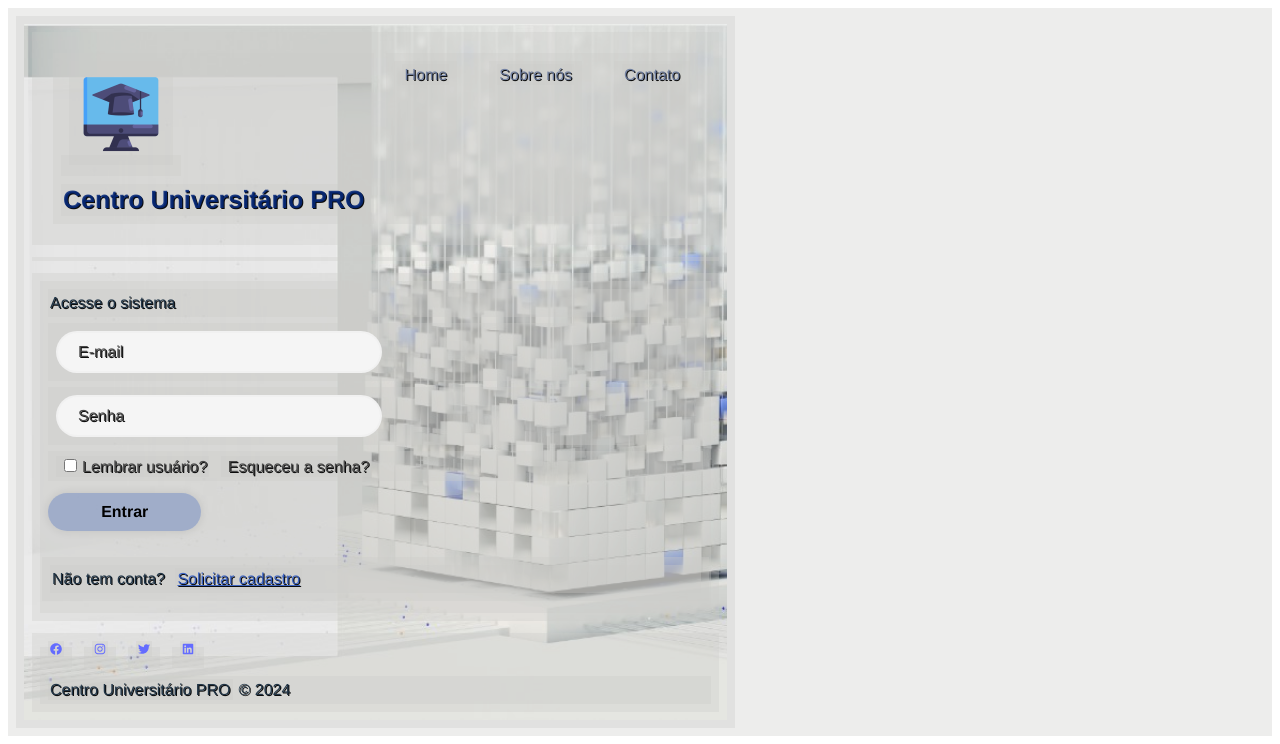
Repository: DanuziaRA/Cadastros-de-Usuarios
Page: /
The author's editor kept a copy of each file at every save. The page is drawn from the files as they stood at one save, then again after the next save.
The browser window is 1280 px wide. The pictures show the whole page.
The project was rebuilt for these pictures with package versions that can differ from the ones it lists, and the page was loaded fresh each time. Also part of the build but not shown: vite.config.js, src/components/Footer.css, src/router/Contact.jsx, src/router/ErrorPage.jsx, src/router/ContactDetails.jsx, src/router/Company.jsx, src/router/Forget.jsx.

Above is the page before, as saved 2024-10-01 12:24:37.

### src/main.jsx
import { StrictMode } from 'react'
import { createRoot } from 'react-dom/client'
import App from './App.jsx'
import './index.css'

import {createBrowserRouter, RouterProvider,Navigate} from 'react-router-dom';

  import Contact from './router/Contact.jsx';
  import ErrorPage from './router/ErrorPage.jsx';
  import ContactDetails from './router/ContactDetails.jsx';
  import Login from './router/Login.jsx';
  import Company from './router/Company.jsx';
  import Forget from './router/Forget.jsx';


  const router = createBrowserRouter([
        {
      path: "/",
      element: <App/>,
      errorElement: <ErrorPage />,
      children: [
        {
          path: "/",
          element:<Login />,
        },
        {
          path: "empresa",
          element:<Company />,
        },
        {
          path: "contact",
          element:<Contact />,
        },
        //Nested routes - identificando unico
        {
          path: "/contact/:id",
          element: <ContactDetails />,
        },
        {
          path: "forget",
          element: <Forget />,
        },
        //Navigate para página não existentes
        {
          path: "oldcontact",
          element: <Navigate to="/contact" />,
        },
      ],
    },
    ]);


createRoot(document.getElementById('root')).render(
  <StrictMode>
    <RouterProvider router={router} />
  </StrictMode>,
);

### src/App.jsx
import './App.css'

import { Outlet } from 'react-router-dom';
import Navbar from './components/Navbar';
import Footer from './components/Footer'


function App() {
  return (
      <div className='App'>
        <Navbar />
        <h1></h1>
        <Outlet />
        <Footer />

    </div>
  );
}

export default App;

### src/router/Login.jsx
import { useState } from "react";

import "./Login.css";

const Login = () => {

const [username, setUsername] = useState("");
const [password, setpassword] = useState("");

const handleSubmit = (event) => {
event.preventDefault();

alert("Enviando os dados");

console.log("teste", username,password);
console.log("Envio");
};

    return (

    <div className="container">
        <form onSubmit={handleSubmit}>
            <p>Acesse o sistema</p>
            <div className="input-field">
            <input type="email"
            placeholder = "E-mail"
            required
            onChange={(e) => setUsername(e.target.value)}/>
            </div>
            <div className="input-field">
            <input type="password"
            placeholder = "Senha"
            required
            onChange={(e) => setpassword(e.target.value)}/>
            </div>

            <div className="recall-forget">
                <label>
                    <input type="checkbox" />
                    Lembrar usuário?
                    </label>
                <a href="/forget"> Esqueceu a senha?</a>
                </div>

            <button>Entrar</button>
            <div className="signup-link">
                <p>Não tem conta? <a href="contact/:id">Solicitar cadastro</a></p>
            </div>
        </form>
        </div>
    )
}

export default Login

### src/App.css
* {
  box-sizing: border-box;
  margin: 6px;
  padding: 2px;
  font-family: Helvetica;
  font-size: 16px;
  text-shadow: #0c0c0c 1px 1px;
  background-color:rgba(202, 201, 200, 0.342);
}
.App{
  display: flex;
  flex-direction: column;
  flex-grow: 1;
  justify-content: center;
  align-items: left;
  background-image: url("src/assets/fundo cadastro.jpg");
  background-size: cover;
  background-position: center;
}

### src/components/Navbar.jsx
import { Link } from "react-router-dom"
import logo from './../assets/LOGO novo.png'
import { Component } from "react";
import './Navbar.css';


const Navbar = () => {
    return (
    <nav className="navbar">
        <div className="navbar-logo">
        <Link to="/">
            <img src={logo} alt=""/>
            </Link>
            <h1>Centro Universitário PRO</h1>
            </div>
            <ul className="navbar-links">
            <li><a href="/">Home</a></li>
            <li><a href="/Company">Sobre nós</a></li>
            <li><a href= "/Contact">Contato</a></li>
            </ul>
    </nav>
    )
}

export default Navbar

### src/components/Footer.jsx
import { FaFacebook, FaInstagram,FaTwitter,FaLinkedin } from "react-icons/fa"
import { Link } from "react-router-dom";
import './Footer.css';

function Footer(){
    return (
        <nav>
            <Link to="https://www.facebook.com/?locale=pt_BR">
            < FaFacebook alt=""/>
            </Link>
            <Link to="https://www.instagram.com/">
            < FaInstagram alt=""/>
            </Link>
            <Link to="/">
            < FaTwitter alt=""/>
            </Link>
            <Link to="https://www.linkedin.com.br">
            < FaLinkedin alt=""/>
            </Link>
            <p><span>Centro Universitário PRO</span>&copy; 2024</p>
            </nav>


    );

}
export default Footer

### src/router/Login.css
.input-field input{
    width: 50%;
    height: 70%;
    background-color: #f5f5f5;
    outline: none;
    border: 2px solid rgba(224, 222, 222, 0.2);
    border-radius: 40px;
    font-size: 16px;
    color: #070000;
    padding: 10px 20px;
}
.input-field input::placeholder{
color: #494949;
}

.container .recall-forget{
display: left;
justify-content: space-between;
font-size: 15px;
margin: -px 0 20px;
}
.recall-forget label{
color: #494949;
}
.recall-forget input{
margin-right: 5px;
}
.recall-forget a, .signup-link p a{
color: #494949;
text-decoration: none;
}
.recall-forget a:hover, .signup-link p a{
text-decoration: underline;
}
.container button{
width: 23%;
height: 500%;
font-size: 16px;
padding: 10px 20px;
background-color:#9aa8c8e1;
border: none;
outline: none;
border-radius: 500px;
box-shadow: 0 0 10px rgba(0,0,0,0.1);
cursor: pointer;
font-weight: 600;
text-shadow: none;
}
.container .signup-link{
font-size: 15px;
text-align: left;
margin: 20px 0 10px;
}
.signup-link p a{
color:#2d5ac4e1;
}

### src/components/Navbar.css
.navbar{
    display: flex;
    justify-content: space-between;
    padding: 15px;
    align-items: left;
}
.navbar-logo h1{
    color: #06297ae1;
    font-size: 25px;
    align-items: center;


}
.navbar-links {
list-style-type: none;
display: flex;
gap: 20px;
align-items: left;

}
.navbar li{
    display: inline;
    }
.navbar-links li a {
    color: #67789ee1;
    text-decoration: none;
}
.navbar-links li a:hover{
    color:#ddd;
}

Loaded but not shown: index.html (common file); src/index.css (common file)

After the next save:
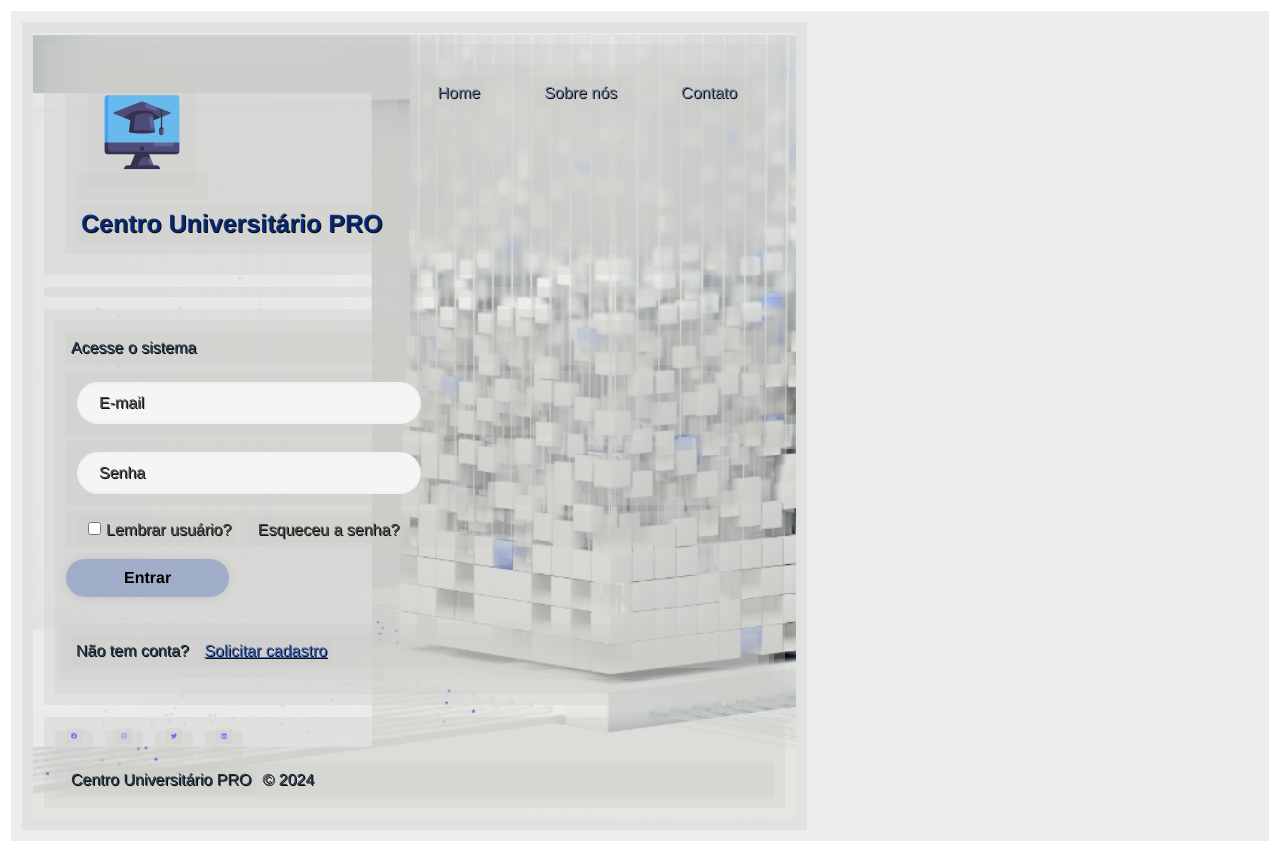
Saved 4 s later.
--- a/src/App.css
+++ b/src/App.css
@@ -1,7 +1,7 @@
 * {
   box-sizing: border-box;
   margin: 6px;
-  padding: 2px;
+  padding: 5px;
   font-family: Helvetica;
   font-size: 16px;
   text-shadow: #0c0c0c 1px 1px;
